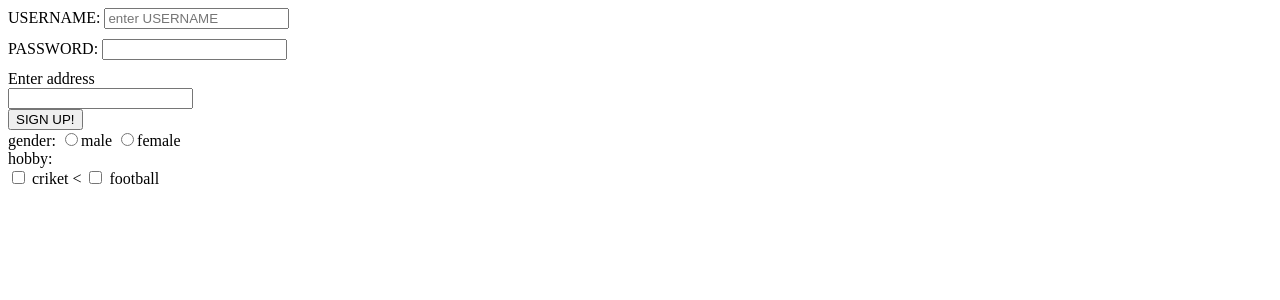
Repository: mirambialex/myform
Page: website/INDEX.HTML
An editor plug-in stored every save of this project. The page is shown before and after a run of saves, followed by the edit.
The browser window is 1280 px wide. The pictures show the whole page.

Above is the page before, as saved 2024-04-11 10:06:32.

After the next 2 saves:
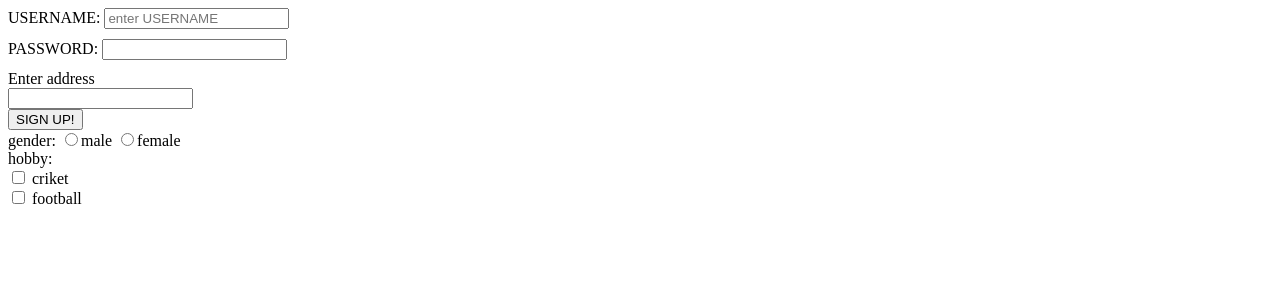
The 2 saves are shown as one change because they came seconds apart.
The last was saved 5 s later.
--- a/website/INDEX.HTML
+++ b/website/INDEX.HTML
@@ -18,7 +18,7 @@
 <INPUT type="radio" ID="GENDER" name="GENDER" VALUE="female"/>female <br/>
 hobby:<br>
 <input type="checkbox" id="cricket" name="cricket" value="cricket"/>
-<label for="criket">criket</label> <
+<label for="criket">criket</label> <br>
 <input type="checkbox" id="football" name="football" value="football"/>
 <label for="football">football</label>
  </body>
